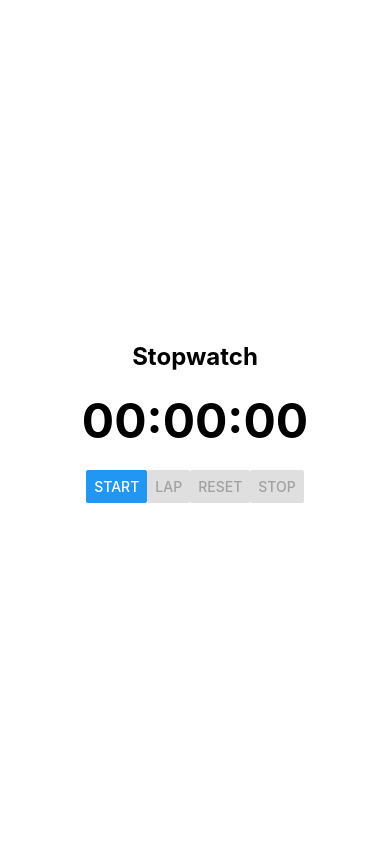
Repository: Shopify/eng-intern-assessment-react-native
Screen: /
The author's editor kept a copy of each file at every save. The screen is drawn from the files as they stood at one save, then again after the next save.
The app was drawn by React Native's web renderer in a window 390 px wide. The project was rebuilt for these pictures with package versions that can differ from the ones it lists, and the page was loaded fresh each time.

Above is the screen before, as saved 2024-01-13 11:45:16.

### App.tsx
import { StatusBar } from 'expo-status-bar';
import { StyleSheet, Text, View } from 'react-native';
import StopWatch from './src/StopWatch';

export default function App() {
  return (
    <View style={styles.container}>
      <StopWatch></StopWatch>
      <StatusBar style="auto" />
    </View>
  );
}

const styles = StyleSheet.create({
  container: {
    flex: 1,
    backgroundColor: '#fff',
    alignItems: 'center',
    justifyContent: 'center',
  },
});

### src/StopWatch.tsx
import React, { useState, useEffect } from 'react';
import { ScrollView, StyleSheet, Text, View } from 'react-native';
import StopwatchButton from './StopWatchButton';

// Utility function to format time
const formatTime = (elapsedTime: number) => {
  const hours = Math.floor(elapsedTime / 3600);
  const minutes = Math.floor((elapsedTime % 3600) / 60);
  const seconds = elapsedTime % 60;

  return [hours, minutes, seconds].map(val => val < 10 ? `0${val}` : val).join(':');
};

// Stopwatch component
export default function Stopwatch() {
  const [startTime, setStartTime] = useState<number | null>(null);
  const [elapsedTime, setElapsedTime] = useState(0);
  const [laps, setLaps] = useState<number[]>([]);
  const [running, setRunning] = useState(false);

  useEffect(() => {
    let interval: NodeJS.Timeout;

    if (running && startTime) {
      interval = setInterval(() => {
        setElapsedTime(Math.floor((Date.now() - startTime) / 1000));
      }, 1000);
    }

    return () => clearInterval(interval);
  }, [running, startTime]);

  const handleStart = () => {
    setRunning(true);
    setStartTime(startTime => startTime ?? Date.now());
  };

  const handleStop = () => {
    setRunning(false);
  };

  const handleReset = () => {
    setRunning(false);
    setElapsedTime(0);
    setLaps([]);
    setStartTime(null);
  };

  const handleLap = () => {
    setLaps(laps => [...laps, elapsedTime]);
  };

  return (
    <View style={styles.container}>
      <Text style={styles.title}>Stopwatch</Text>
      <Text style={styles.timeDisplay}>{formatTime(elapsedTime)}</Text>
      <StopwatchButton
        onStart={handleStart}
        onStop={handleStop}
        onReset={handleReset}
        onLap={handleLap}
        running={running}
      />
      <ScrollView style={styles.lapScrollView}>
        {laps.map((lap, index) => (
          <Text key={index} style={styles.lap}>
            Lap {index + 1}: {formatTime(lap)}
          </Text>
        ))}
      </ScrollView>
    </View>
  );
}

// my custom styles, used in the Stopwatch component
const styles = StyleSheet.create({
  container: {
    alignItems: 'center',
    justifyContent: 'center',
  },
  title: {
    fontSize: 24,
    fontWeight: 'bold',
    marginBottom: 20,
  },
  centeredContent: {
    flex: 1,
    justifyContent: 'center',
    alignItems: 'center',
  },
  timeDisplay: {
    fontSize: 48,
    fontWeight: 'bold',
    marginBottom: 20,
  },
  instructions: {
    fontSize: 16,
    textAlign: 'center',
    marginTop: 20,
  },
  lapScrollView: {
    maxHeight: 200,
    width: '100%',
  },
  lapScrollViewContent: {
    alignItems: 'center',
  },
  lap: {
    fontSize: 18,
    textAlign: 'center',
    marginTop: 10,
  },
  josh: {
    fontSize: 16,
    textAlign: 'center',
    marginTop: 60,
  },
});

### src/StopWatchButton.tsx
import React from 'react';
import { Button, View, StyleSheet } from 'react-native';

export default function StopwatchButton({ onStart, onStop, onPause, onReset, onLap, running, hasStarted }: {
  onStart: () => void;
  onStop: () => void;
  onPause: () => void;
  onReset: () => void;
  onLap: () => void;
  running: boolean;
  hasStarted: boolean;
}) {
  return (
    <View style={styles.buttonContainer}>
      {!running && !hasStarted && <Button title="Start" onPress={onStart} />}
      {running && <Button title="Pause" onPress={onPause} />}
      {!running && hasStarted && <Button title="Resume" onPress={onStart} />}
      <Button title="Lap" onPress={onLap} disabled={!running} />
      <Button title="Reset" onPress={onReset} disabled={!hasStarted} />
      <Button title="Stop" onPress={onStop} disabled={!hasStarted || running} />
    </View>
  );
}

const styles = StyleSheet.create({
  buttonContainer: {
    flexDirection: 'row',
    justifyContent: 'space-around',
  },
});

After the next save:
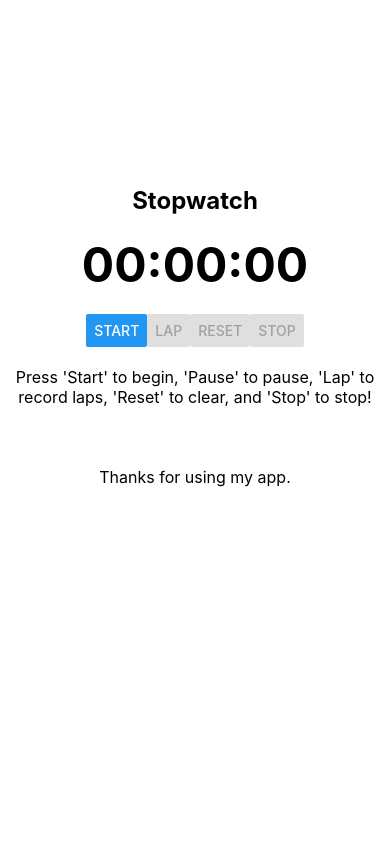
Saved 100 s later.
--- a/src/StopWatch.tsx
+++ b/src/StopWatch.tsx
@@ -1,67 +1,103 @@
-import React, { useState, useEffect } from 'react';
+// Josh Chen
+// 2024-Jan-10
+
+import React, { useState, useEffect, useRef } from 'react';
 import { ScrollView, StyleSheet, Text, View } from 'react-native';
 import StopwatchButton from './StopWatchButton';
 
-// Utility function to format time
-const formatTime = (elapsedTime: number) => {
-  const hours = Math.floor(elapsedTime / 3600);
-  const minutes = Math.floor((elapsedTime % 3600) / 60);
-  const seconds = elapsedTime % 60;
-
-  return [hours, minutes, seconds].map(val => val < 10 ? `0${val}` : val).join(':');
-};
-
 // Stopwatch component
 export default function Stopwatch() {
-  const [startTime, setStartTime] = useState<number | null>(null);
-  const [elapsedTime, setElapsedTime] = useState(0);
+  const [time, setTime] = useState(0);
+  const [running, setRunning] = useState(false);
+  const intervalRef = useRef<number | null>(null);
   const [laps, setLaps] = useState<number[]>([]);
-  const [running, setRunning] = useState(false);
+  const [hasStarted, setHasStarted] = useState(false);
+  const [showTime, setShowTime] = useState(true);
 
   useEffect(() => {
-    let interval: NodeJS.Timeout;
+    if (running) {
+      intervalRef.current = setInterval(() => {
+        setTime(prevTime => prevTime + 1);
+      }, 1000);
+    } else if (intervalRef.current) {
+      clearInterval(intervalRef.current);
+    }
+    return () => {
+      if (intervalRef.current) clearInterval(intervalRef.current);
+    };
+  }, [running]);
 
-    if (running && startTime) {
-      interval = setInterval(() => {
-        setElapsedTime(Math.floor((Date.now() - startTime) / 1000));
-      }, 1000);
-    }
+  // Format time to HH:MM:SS
+  const formatTime = (time: number) => {
+    const hours = Math.floor(time / 3600);
+    const minutes = Math.floor((time % 3600) / 60);
+    const seconds = time % 60;
 
-    return () => clearInterval(interval);
-  }, [running, startTime]);
-
-  const handleStart = () => {
-    setRunning(true);
-    setStartTime(startTime => startTime ?? Date.now());
+    return [hours, minutes, seconds]
+      .map(val => val < 10 ? `0${val}` : val)
+      .join(':');
   };
 
-  const handleStop = () => {
-    setRunning(false);
-  };
 
   const handleReset = () => {
     setRunning(false);
-    setElapsedTime(0);
+    setTime(0);
     setLaps([]);
-    setStartTime(null);
+    setHasStarted(false);
+  };
+  const handleStop = () => {
+    setRunning(false);
+    setTime(0);
+    setShowTime(false);
+    setLaps([]);
+    setHasStarted(false);
   };
 
   const handleLap = () => {
-    setLaps(laps => [...laps, elapsedTime]);
+    setLaps([...laps, time]);
+  };
+
+  const handleStartStopResume = () => {
+    if (!running) {
+      if (!hasStarted) {
+        setHasStarted(true);
+      }
+      setRunning(true);
+      setShowTime(true);
+    } else {
+      setRunning(false);
+    }
   };
 
   return (
     <View style={styles.container}>
-      <Text style={styles.title}>Stopwatch</Text>
-      <Text style={styles.timeDisplay}>{formatTime(elapsedTime)}</Text>
-      <StopwatchButton
-        onStart={handleStart}
-        onStop={handleStop}
-        onReset={handleReset}
-        onLap={handleLap}
-        running={running}
-      />
-      <ScrollView style={styles.lapScrollView}>
+      <View style={styles.centeredContent}>
+        <Text style={styles.title}>Stopwatch</Text>
+        {showTime && <Text style={styles.timeDisplay}>{formatTime(time)}</Text>}
+        <StopwatchButton
+          onStartStopResume={handleStartStopResume}
+          onReset={handleReset}
+          onLap={handleLap}
+          onStop={handleStop}
+          running={running}
+          hasStarted={hasStarted}
+        />
+        <Text style={styles.instructions}>
+          Press 'Start' to begin, 'Pause' to pause, 'Lap' to record laps, 'Reset' to clear, and 'Stop' to stop!
+        </Text>
+        <Text style={styles.josh}>
+          Thanks for using my app.
+        </Text>
+      </View>
+      <Text style={styles.instructions}>
+      {laps.length > 5 && "If the lap list gets too long, please scroll down."}
+        </Text>
+      <ScrollView
+        testID="lap-list"
+        style={styles.lapScrollView}
+        contentContainerStyle={styles.lapScrollViewContent}
+      >
+
         {laps.map((lap, index) => (
           <Text key={index} style={styles.lap}>
             Lap {index + 1}: {formatTime(lap)}
@@ -71,7 +107,6 @@ export default function Stopwatch() {
     </View>
   );
 }
-
 // my custom styles, used in the Stopwatch component
 const styles = StyleSheet.create({
   container: {
